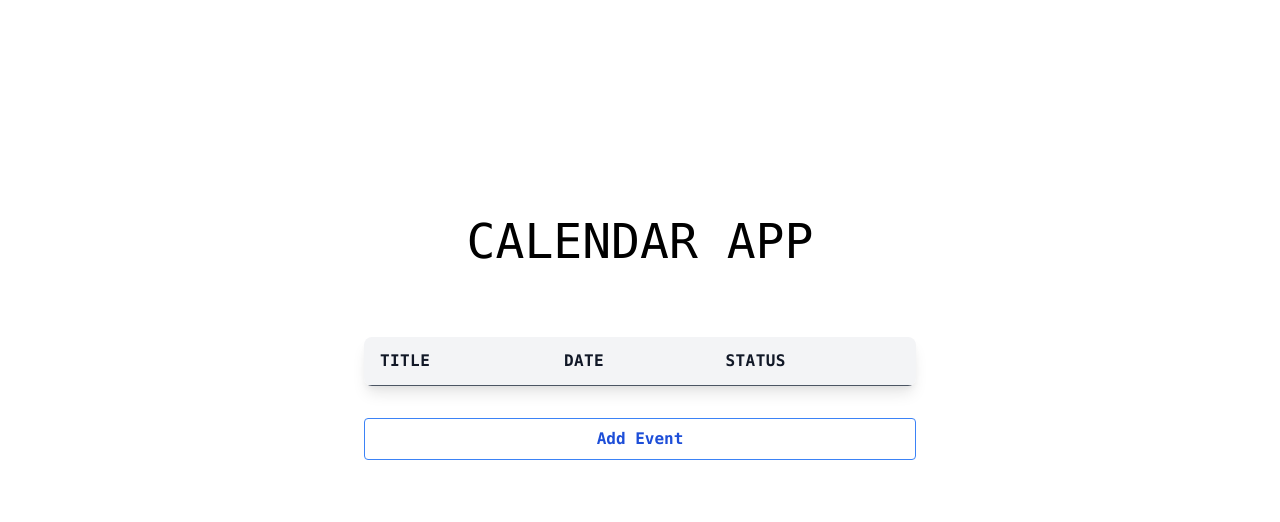
Repository: maikeru-desu/parking-lot
Page: / (app in parking-lot-fe/)
The author's editor kept a copy of each file at every save. The page is drawn from the files as they stood at one save, then again after a run of saves.
The browser window is 1280 px wide. The pictures show the whole page.
The page's requests for data from a server got no answer. The project was rebuilt for these pictures with package versions that can differ from the ones it lists, and the page was loaded fresh each time. No one was signed in, and anything a server would have sent is missing. Also part of the build but not shown: parking-lot-fe/craco.config.js, parking-lot-fe/src/pages/Add.js, parking-lot-fe/src/pages/Edit.js.

Above is the page before, as saved 2021-10-14 08:14:31.

After the next 2 saves:
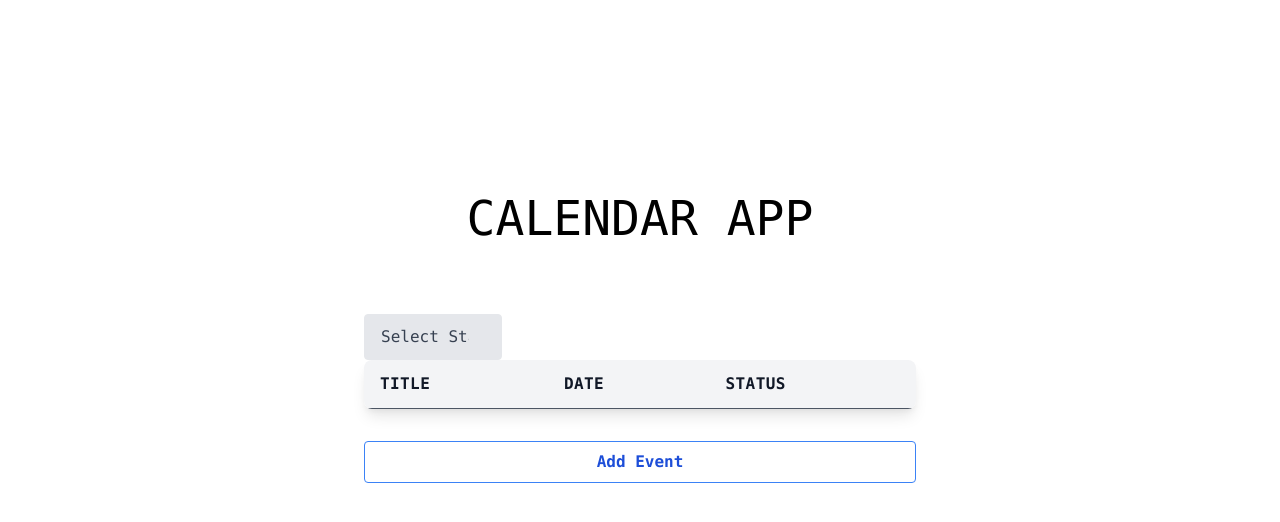
The 2 saves are shown as one change because 1 did not build or start.
The last was saved 10 min 1 s later.
--- a/parking-lot-fe/src/pages/Home.js
+++ b/parking-lot-fe/src/pages/Home.js
@@ -21,7 +21,17 @@ const Home = () => {
     return (
         <section class="container mx-auto p-6">
             <div class="grid grid-cols-4">
-
+                <select
+                    id="status"
+                    name="status"
+                    // value={status}
+                    // onChange={handleChange}
+                    className="block appearance-none w-full bg-gray-200 border border-gray-200 text-gray-700 py-3 px-4 pr-8 rounded leading-tight focus:outline-none focus:bg-white focus:border-gray-500">
+                    <option>Select Status</option>
+                    <option value="0">Pending</option>
+                    <option value="2">Ongoing</option>
+                    <option value="1">Done</option>
+                </select>
             </div>
 
             <div class="w-full mb-8 overflow-hidden rounded-lg shadow-lg">
